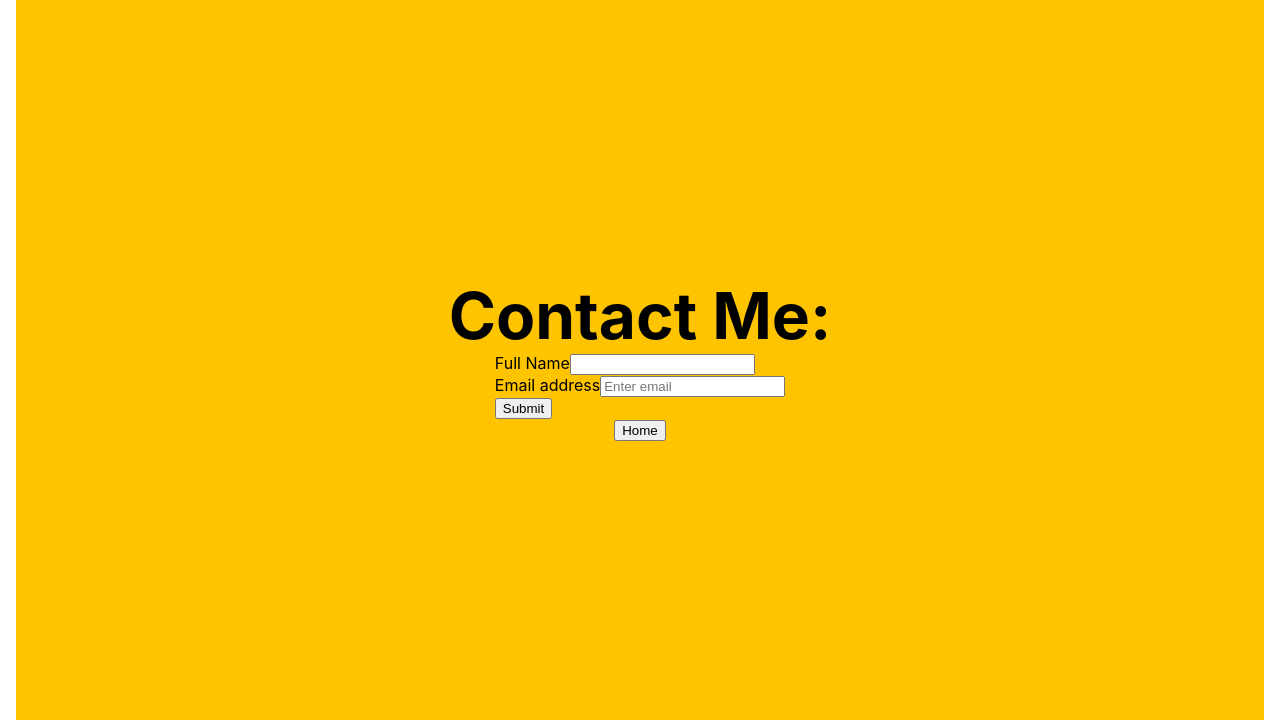
Repository: collegedude9300/zenschool
Page: /Login
The author's editor kept a copy of each file at every save. The page is drawn from the files as they stood at one save, then again after the next save.
The browser window is 1280 px wide. The pictures show the whole page.
The project was rebuilt for these pictures with package versions that can differ from the ones it lists, and the page was loaded fresh each time. The framework's server and built-in components were replaced by stand-ins that run in the browser. Also part of the build but not shown: next.config.js.

Above is the page before, as saved 2023-12-29 10:20:08.

After the next save:
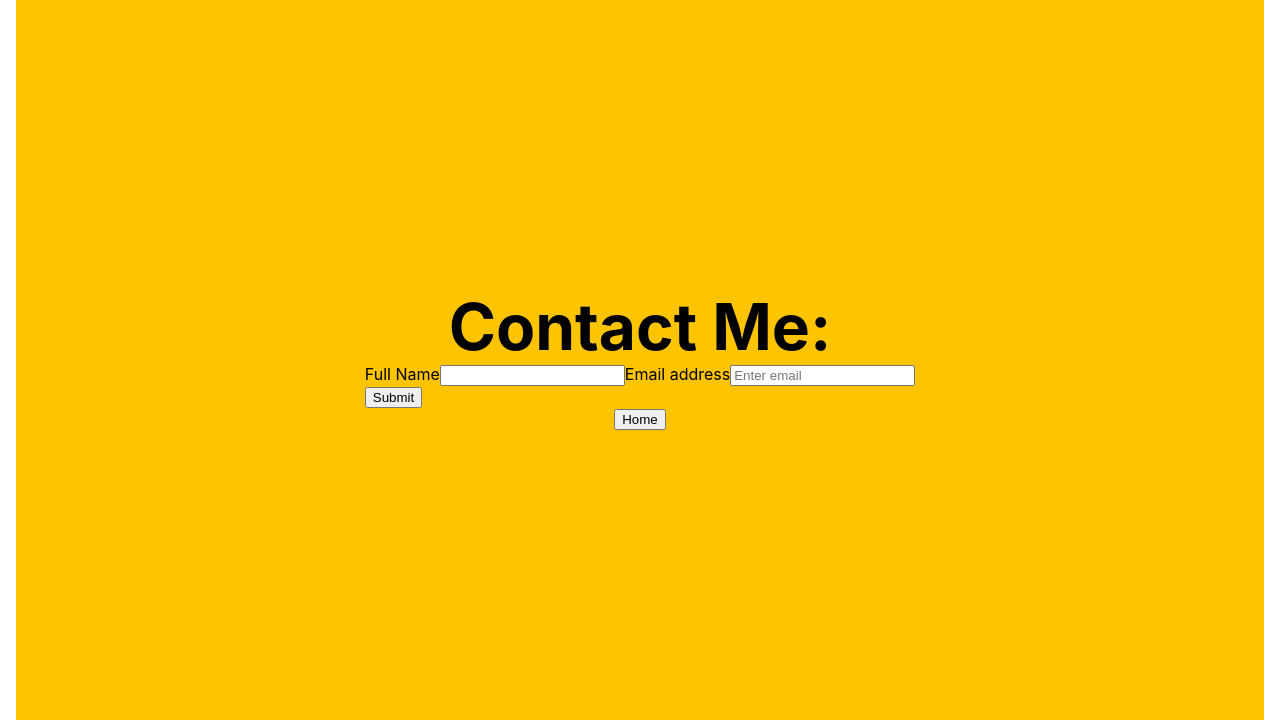
Saved 35 s later.
--- a/styles/globals.css
+++ b/styles/globals.css
@@ -17,7 +17,16 @@
   margin-bottom: 10px;
   text-align: center;
   display: none;
-font-weight: bold;
+  font-weight: bold;
+}
+#name-error{
+  color: red;
+  font-size: 12px;
+  margin-top: 10px;
+  margin-bottom: 10px;
+  text-align: center;
+  display: none;
+  font-weight: bold;
 }
 * {
   box-sizing: border-box;

After the save that followed:
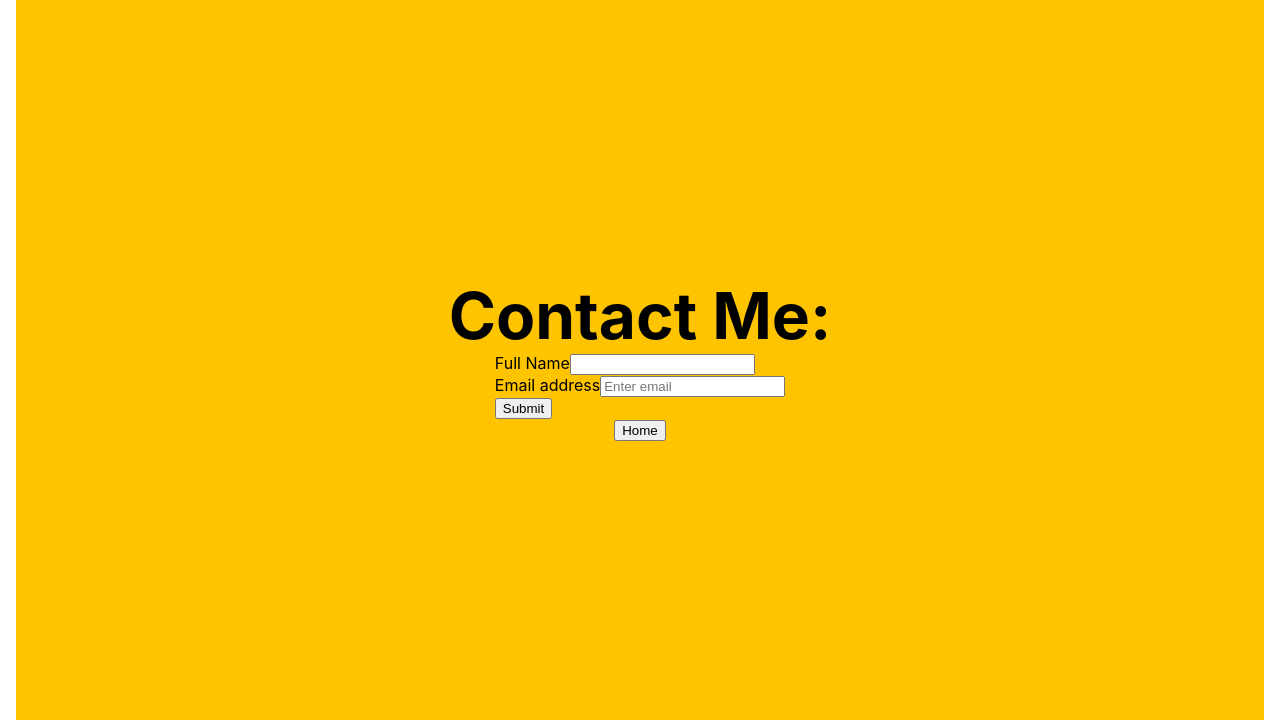
Saved 12 s later.
--- a/styles/globals.css
+++ b/styles/globals.css
@@ -19,15 +19,7 @@
   display: none;
   font-weight: bold;
 }
-#name-error{
-  color: red;
-  font-size: 12px;
-  margin-top: 10px;
-  margin-bottom: 10px;
-  text-align: center;
-  display: none;
-  font-weight: bold;
-}
+
 * {
   box-sizing: border-box;
 }
